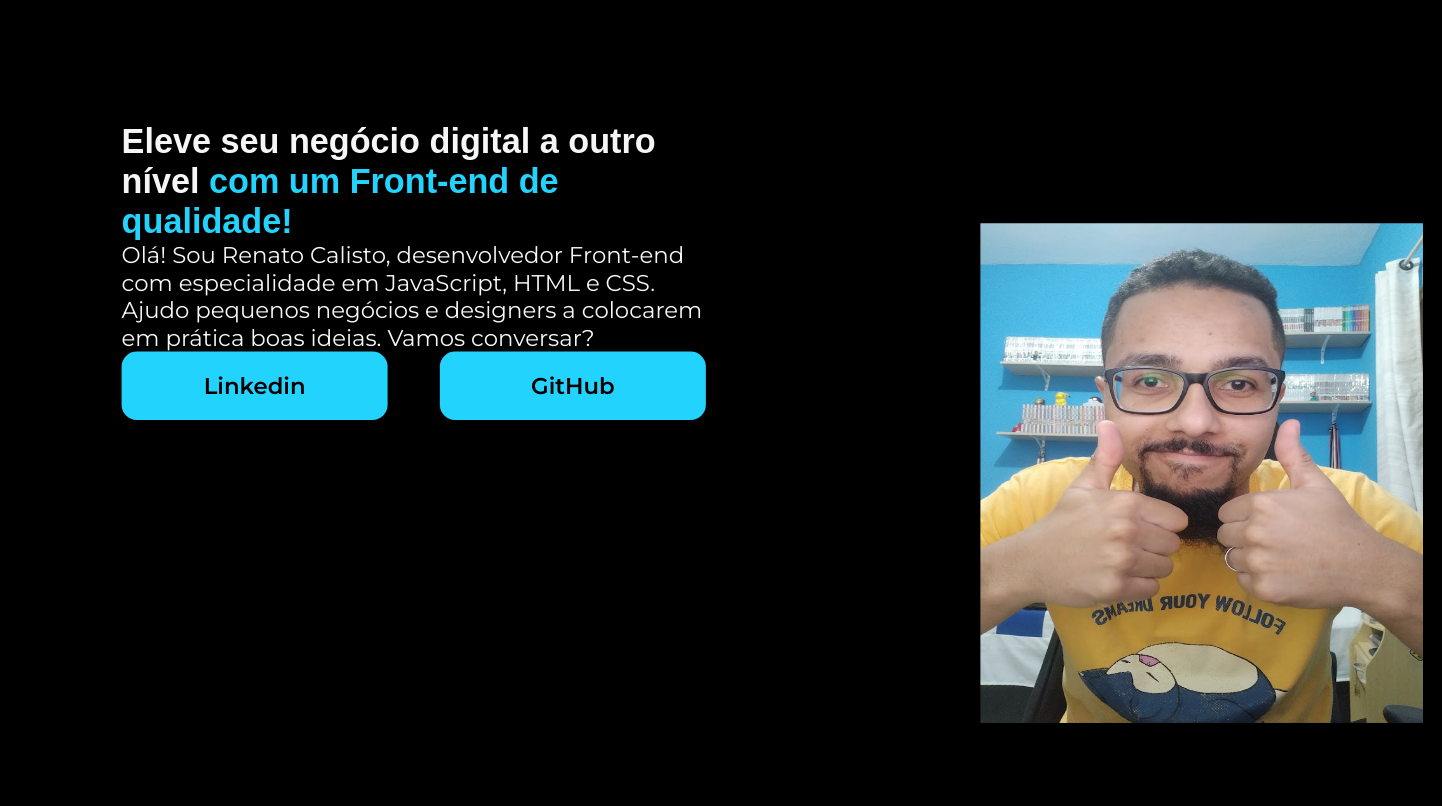
Repository: RenatoCCS/Portfolio_Alura
Page: index.html
These files come from the project's save history. The page is drawn as it stood at one moment and after the next save; the edit follows.
The browser window is 1280 px wide. The page is 1498 px wide, then 1518 px, so the pictures cover 1518 px, including what lies to the right of the window. The pictures show the whole page, at 95% of full size.
Some web fonts or font styles are not loaded; a fallback is used.

Above is the page before, as saved 2023-02-27 15:35:06.

### index.html
<!DOCTYPE html>
<html lang="pt-br">
  <head>
    <meta charset="UTF-8" />
    <meta http-equiv="X-UA-Compatible" content="IE=edge" />
    <meta name="viewport" content="width=device-width, initial-scale=1.0" />
    <title>Portfolio</title>
    <link rel="stylesheet" href="style.css" />
  </head>
  <body>
    <header></header>
    <main class="apresentacao">
      <section class="apresentacao__conteudo">
        <h1 class="apresentacao__conteudo__titulo">
          Eleve seu negócio digital a outro nível
          <strong class="titulo-destaque">
            com um Front-end de qualidade!
          </strong>
        </h1>
        <p class="apresentacao__conteudo__texto">
          Olá! Sou Renato Calisto, desenvolvedor Front-end com especialidade em
          JavaScript, HTML e CSS. Ajudo pequenos negócios e designers a
          colocarem em prática boas ideias. Vamos conversar?
        </p>
        <div class="apresentacao__links">
          <a
            class="apresentacao__links__link"
            href="https://www.linkedin.com/in/renatocalisto/"
            >Linkedin</a
          >
          <a
            class="apresentacao__links__link"
            href="https://github.com/RenatoCCS"
            >GitHub</a
          >
        </div>
      </section>
      <img
        class="apresentacao__foto"
        src="renato.jpg"
        alt="Renato fazendo sinal de positivo com ambas as mãos"
      />
    </main>
    <footer></footer>
  </body>
</html>

### style.css
@import url('https://fonts.googleapis.com/css2?family=Krona+One&family=Montserrat:wght@400;600&display=swap');

* {
  margin: 0;
  padding: 0;
}

body {
  height: 100vh;
  box-sizing: border-box;
  background-color: #000000;
  color: #f6f6f6;
}

.titulo-destaque {
  color: #22d4fd;
}

.apresentacao {
  margin: 10%;
  display: flex;
  align-items: center;
  justify-content: space-between;
}

.apresentacao__conteudo {
  width: 615px;
}

.apresentacao__conteudo__titulo {
  font-size: 36px;
  font-family: 'Krona One', sans-serif;
}

.apresentacao__conteudo__texto {
  font-size: 24px;
  font-family: 'Montserrat', sans-serif;
}

.apresentacao__links {
  display: flex;
  justify-content: space-between;
}

.apresentacao__links__link {
  background-color: #22d4fd;
  width: 280px;
  text-align: center;
  border-radius: 16px;
  font-size: 24px;
  font-weight: 600;
  padding: 21.5px 0;
  text-decoration: none;
  color: #000000;
  font-family: 'Montserrat', sans-serif;
}

.apresentacao__foto {
  position: absolute;
  width: 466px;
  height: 526px;
  left: 1032px;
  top: 235px;
}

After the next save:
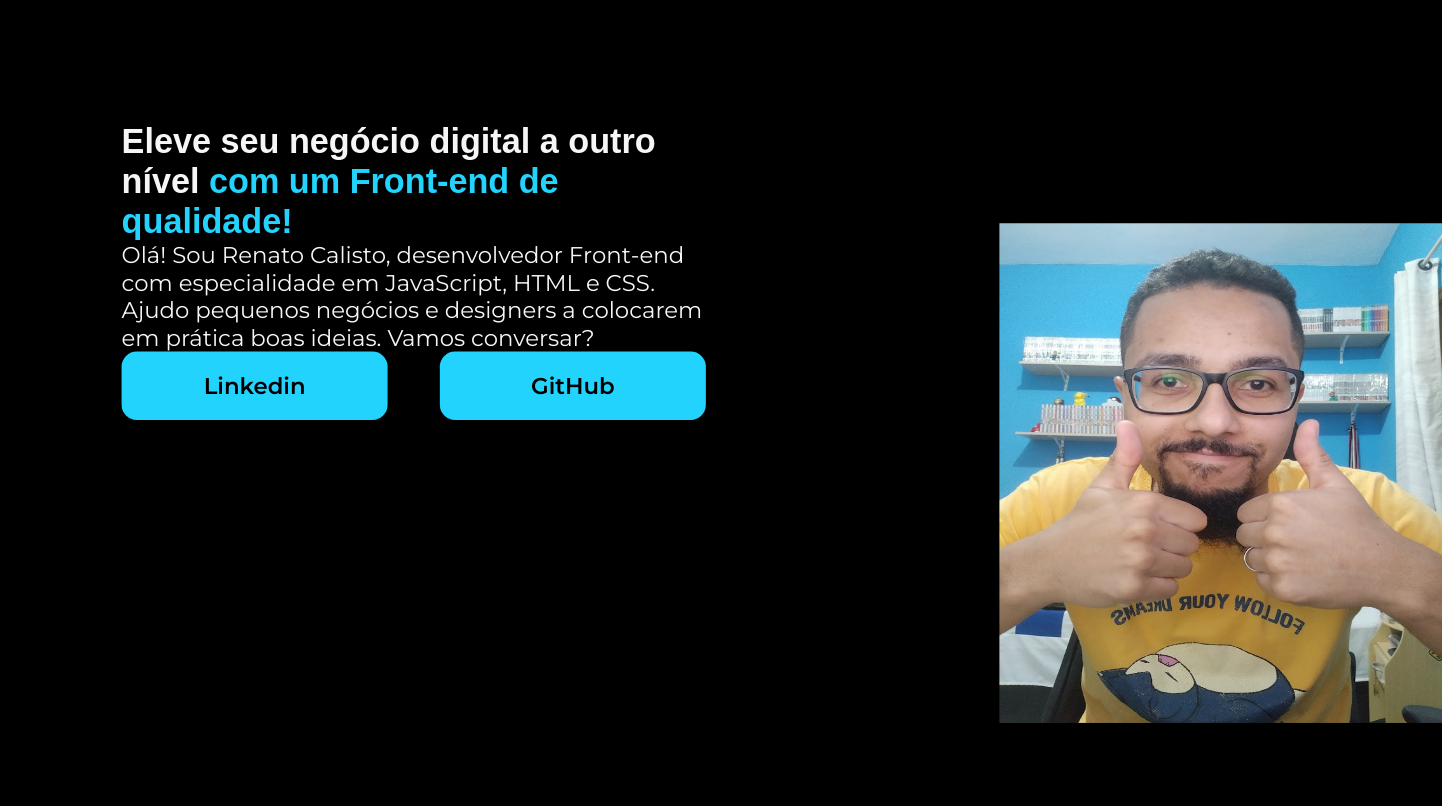
Saved 5 s later.
--- a/style.css
+++ b/style.css
@@ -59,6 +59,6 @@ body {
   position: absolute;
   width: 466px;
   height: 526px;
-  left: 1032px;
+  left: 1052px;
   top: 235px;
 }
